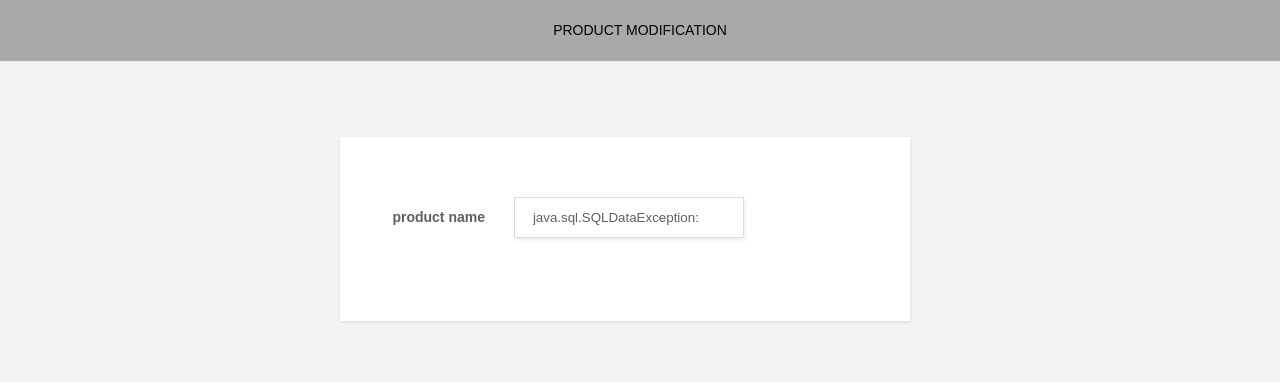
Repository: 0suh/SKKU_Web_project
Page: http://localhost/2018312257_YoungSuhChin_project/modifyproduct.jsp
The author's editor kept a copy of each file at every save. The page is drawn from the files as they stood at one save, then again after the next save.
The browser window is 1280 px wide. The pictures show the whole page.
The page is served by Tomcat 9. Queries for data that is not in the repository find no rows.

Above is the page before, as saved 2020-12-20 15:08:52.

After the next save:
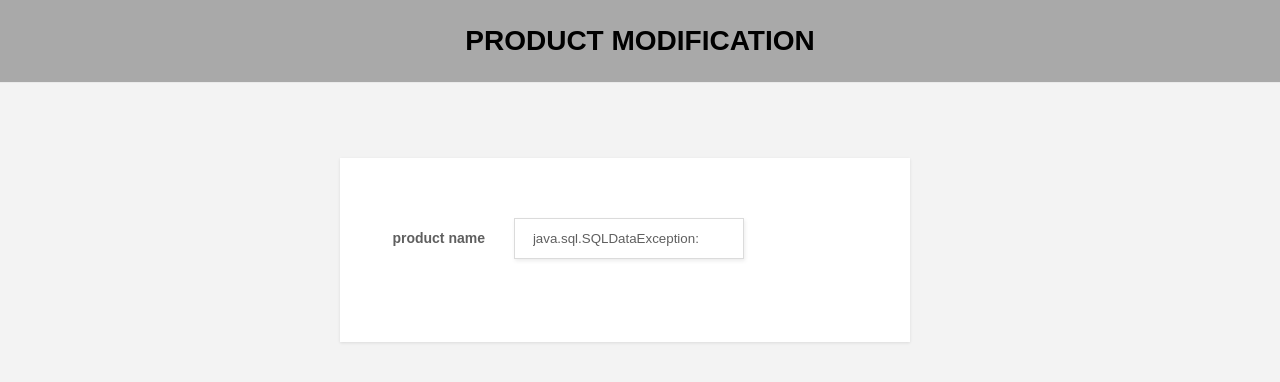
Saved 11 s later.
--- a/FinalProject/2018312257_YoungSuhChin_project/WebContent/modifyproduct.jsp
+++ b/FinalProject/2018312257_YoungSuhChin_project/WebContent/modifyproduct.jsp
@@ -31,7 +31,7 @@
 %>
 
 <ul>
-<li>PRODUCT MODIFICATION</li>
+<li><h1>PRODUCT MODIFICATION</h1></li>
 </ul>
 <div class="main-content">
     <form class="form-register" action = "productupdateaction.jsp" method="post" > <!-- when click the complete button, inserted data go to productupdateaction.jsp -->
